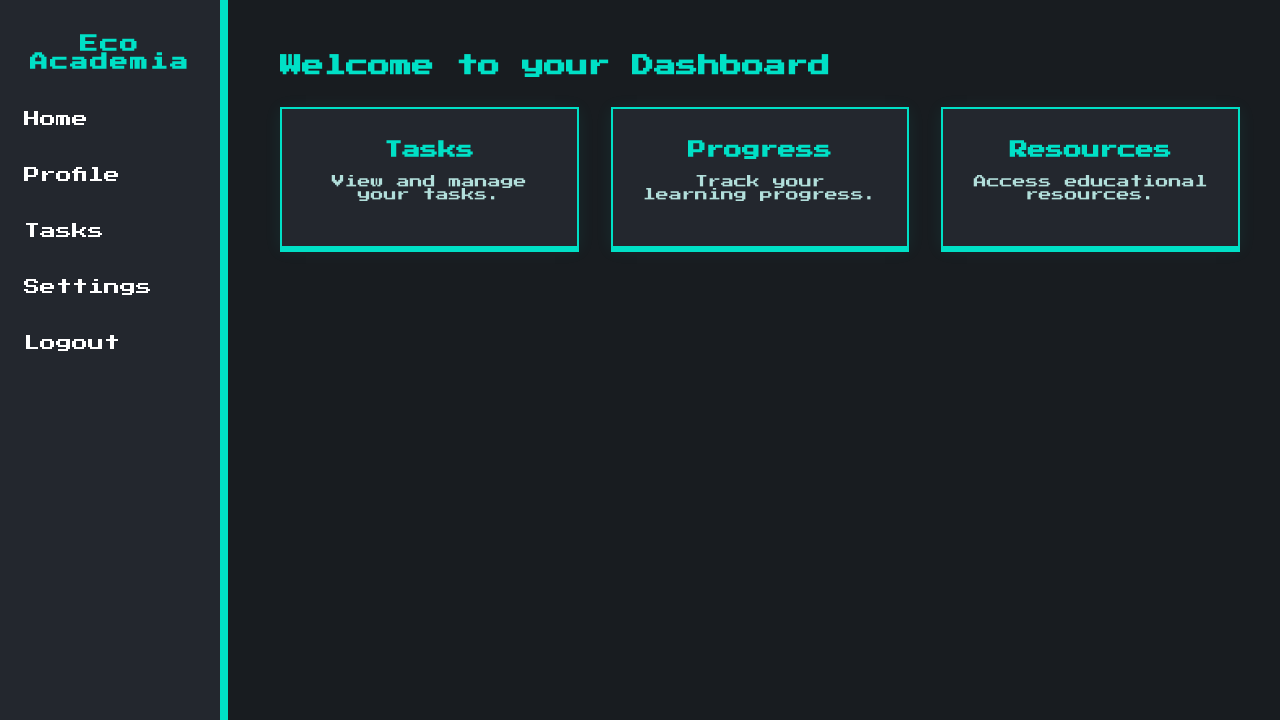
Repository: hotaruhshs/eco-academia
Page: dashboard/index.html
These files come from the project's save history. The page is drawn as it stood at one moment and after the next save; the edit follows.
The browser window is 1280 px wide. The pictures show the whole page.

Above is the page before, as saved 2025-07-06 01:31:02.

### dashboard/index.html
<!DOCTYPE html>
<html lang="en">
  <head>
    <meta charset="UTF-8" />
    <meta name="viewport" content="width=device-width, initial-scale=1.0" />
    <title>Eco Academia Dashboard</title>
    <link rel="stylesheet" href="css/dashboard.css" />
    <link
      href="https://fonts.googleapis.com/css2?family=Press+Start+2P&display=swap"
      rel="stylesheet"
    />
  </head>
  <body>
    <div class="sidebar">
      <h2>Eco Academia</h2>
      <ul>
        <li><a href="#">Home</a></li>
        <li><a href="#">Profile</a></li>
        <li><a href="#">Tasks</a></li>
        <li><a href="#">Settings</a></li>
        <li><a href="#">Logout</a></li>
      </ul>
    </div>
    <div class="main-content">
      <h1
        style="
          font-family: 'Press Start 2P', cursive;
          color: #00e0c6;
          font-size: 22px;
          margin-bottom: 24px;
        "
      >
        Welcome to your Dashboard
      </h1>
      <div class="cards">
        <div class="card">
          <h3>Tasks</h3>
          <p>View and manage your tasks.</p>
        </div>
        <div class="card">
          <h3>Progress</h3>
          <p>Track your learning progress.</p>
        </div>
        <div class="card">
          <h3>Resources</h3>
          <p>Access educational resources.</p>
        </div>
      </div>
    </div>
    <script src="js/dashboard.js"></script>
  </body>
</html>

### dashboard/css/dashboard.css
body {
  margin: 0;
  font-family: "Press Start 2P", "Segoe UI", Tahoma, Geneva, Verdana, sans-serif;
  background: #181c20;
  color: #f4f6f8;
}
@import url("https://fonts.googleapis.com/css2?family=Press+Start+2P&display=swap");

.sidebar {
  position: fixed;
  left: 0;
  top: 0;
  width: 220px;
  height: 100%;
  background: #23272e;
  color: #fff;
  padding: 20px 0;
  box-shadow: 4px 0 0 #00e0c6;
  border-right: 4px solid #00e0c6;
}
.sidebar h2 {
  text-align: center;
  margin-bottom: 30px;
  font-family: "Press Start 2P", cursive;
  font-size: 18px;
  letter-spacing: 2px;
  color: #00e0c6;
}
.sidebar ul {
  list-style: none;
  padding: 0;
}
.sidebar ul li {
  margin: 20px 0;
}
.sidebar ul li a {
  color: #fff;
  text-decoration: none;
  font-size: 16px;
  display: block;
  padding: 10px 20px;
  border-radius: 0;
  border-left: 4px solid transparent;
  transition: background 0.2s, border-color 0.2s;
  font-family: "Press Start 2P", cursive;
}
.sidebar ul li a:hover {
  background: #1a1d22;
  border-left: 4px solid #00e0c6;
  color: #00e0c6;
}
.main-content {
  margin-left: 240px;
  padding: 40px;
}
.cards {
  display: grid;
  grid-template-columns: repeat(auto-fit, minmax(220px, 1fr));
  gap: 32px;
  margin-top: 30px;
}
.card {
  background: #23272e;
  border-radius: 0;
  box-shadow: 0 4px 0 #00e0c6, 0 2px 16px rgba(0, 224, 198, 0.08);
  padding: 32px 24px;
  border: 2px solid #00e0c6;
  color: #fff;
  font-family: "Press Start 2P", "Segoe UI", Tahoma, Geneva, Verdana, sans-serif;
  text-align: center;
  transition: box-shadow 0.2s, border-color 0.2s;
  position: relative;
}
.card:hover {
  box-shadow: 0 8px 0 #00e0c6, 0 4px 32px rgba(0, 224, 198, 0.18);
  border-color: #fff;
}
.card h3 {
  margin-top: 0;
  font-size: 18px;
  color: #00e0c6;
  margin-bottom: 16px;
}
.card p {
  font-size: 13px;
  color: #b2dfdb;
}

/* Pixel-style button */
.btn-pixel {
  font-family: "Press Start 2P", cursive;
  background: #00e0c6;
  color: #23272e;
  border: 2px solid #fff;
  padding: 10px 24px;
  border-radius: 0;
  box-shadow: 2px 2px 0 #fff;
  cursor: pointer;
  transition: background 0.2s, color 0.2s;
}
.btn-pixel:hover {
  background: #fff;
  color: #00e0c6;
}

::-webkit-scrollbar {
  width: 8px;
  background: #23272e;
}
::-webkit-scrollbar-thumb {
  background: #00e0c6;
}

### dashboard/js/dashboard.js
// dashboard.js
// Add interactivity here if needed
console.log('Dashboard loaded');

After the next save:
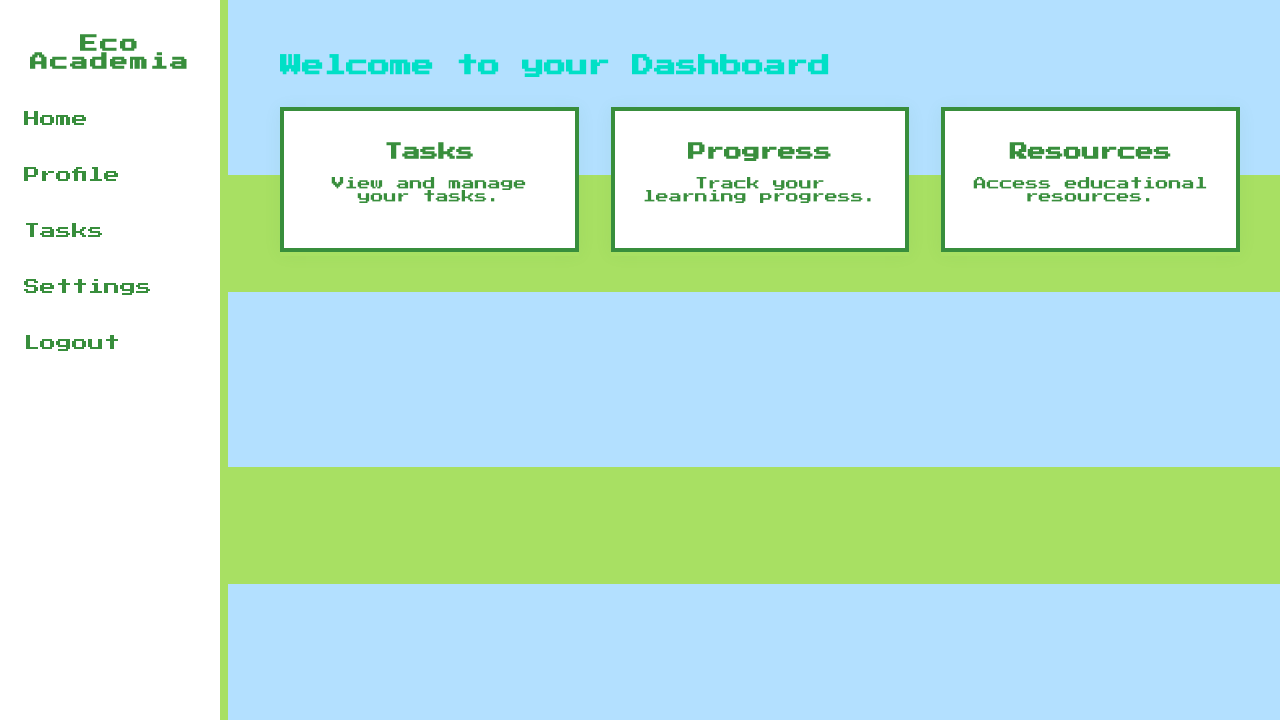
Saved 48 s later.
--- a/dashboard/css/dashboard.css
+++ b/dashboard/css/dashboard.css
@@ -1,8 +1,8 @@
 body {
   margin: 0;
   font-family: "Press Start 2P", "Segoe UI", Tahoma, Geneva, Verdana, sans-serif;
-  background: #181c20;
-  color: #f4f6f8;
+  background: linear-gradient(to bottom, #b3e0ff 0 60%, #a8e063 60% 100%);
+  color: #23272e;
 }
 @import url("https://fonts.googleapis.com/css2?family=Press+Start+2P&display=swap");
 
@@ -12,11 +12,11 @@ body {
   top: 0;
   width: 220px;
   height: 100%;
-  background: #23272e;
-  color: #fff;
+  background: #fff;
+  color: #388e3c;
   padding: 20px 0;
-  box-shadow: 4px 0 0 #00e0c6;
-  border-right: 4px solid #00e0c6;
+  box-shadow: 4px 0 0 #a8e063;
+  border-right: 4px solid #a8e063;
 }
 .sidebar h2 {
   text-align: center;
@@ -24,7 +24,7 @@ body {
   font-family: "Press Start 2P", cursive;
   font-size: 18px;
   letter-spacing: 2px;
-  color: #00e0c6;
+  color: #388e3c;
 }
 .sidebar ul {
   list-style: none;
@@ -34,7 +34,7 @@ body {
   margin: 20px 0;
 }
 .sidebar ul li a {
-  color: #fff;
+  color: #388e3c;
   text-decoration: none;
   font-size: 16px;
   display: block;
@@ -45,9 +45,9 @@ body {
   font-family: "Press Start 2P", cursive;
 }
 .sidebar ul li a:hover {
-  background: #1a1d22;
-  border-left: 4px solid #00e0c6;
-  color: #00e0c6;
+  background: #a8e063;
+  border-left: 4px solid #388e3c;
+  color: #fff;
 }
 .main-content {
   margin-left: 240px;
@@ -60,53 +60,59 @@ body {
   margin-top: 30px;
 }
 .card {
-  background: #23272e;
+  background: #fff;
   border-radius: 0;
-  box-shadow: 0 4px 0 #00e0c6, 0 2px 16px rgba(0, 224, 198, 0.08);
+  box-shadow: 0 4px 0 #a8e063, 0 2px 16px rgba(56, 142, 60, 0.08);
   padding: 32px 24px;
-  border: 2px solid #00e0c6;
-  color: #fff;
+  border: 4px solid #388e3c;
+  color: #388e3c;
   font-family: "Press Start 2P", "Segoe UI", Tahoma, Geneva, Verdana, sans-serif;
   text-align: center;
   transition: box-shadow 0.2s, border-color 0.2s;
   position: relative;
 }
 .card:hover {
-  box-shadow: 0 8px 0 #00e0c6, 0 4px 32px rgba(0, 224, 198, 0.18);
-  border-color: #fff;
+  box-shadow: 0 8px 0 #a8e063, 0 4px 32px rgba(56, 142, 60, 0.18);
+  border-color: #a8e063;
 }
 .card h3 {
   margin-top: 0;
   font-size: 18px;
-  color: #00e0c6;
+  color: #388e3c;
   margin-bottom: 16px;
 }
 .card p {
   font-size: 13px;
-  color: #b2dfdb;
+  color: #388e3c;
 }
 
 /* Pixel-style button */
 .btn-pixel {
   font-family: "Press Start 2P", cursive;
-  background: #00e0c6;
-  color: #23272e;
-  border: 2px solid #fff;
+  background: #fff;
+  color: #388e3c;
+  border: 3px solid #388e3c;
   padding: 10px 24px;
   border-radius: 0;
-  box-shadow: 2px 2px 0 #fff;
+  box-shadow: 2px 2px 0 #a8e063;
   cursor: pointer;
   transition: background 0.2s, color 0.2s;
+  outline: 2px solid #a8e063;
+  outline-offset: -6px;
+  text-transform: uppercase;
+  letter-spacing: 1px;
 }
 .btn-pixel:hover {
-  background: #fff;
-  color: #00e0c6;
+  background: #388e3c;
+  color: #fff;
+  border-color: #a8e063;
+  outline: 2px solid #388e3c;
 }
 
 ::-webkit-scrollbar {
   width: 8px;
-  background: #23272e;
+  background: #fff;
 }
 ::-webkit-scrollbar-thumb {
-  background: #00e0c6;
+  background: #a8e063;
 }
